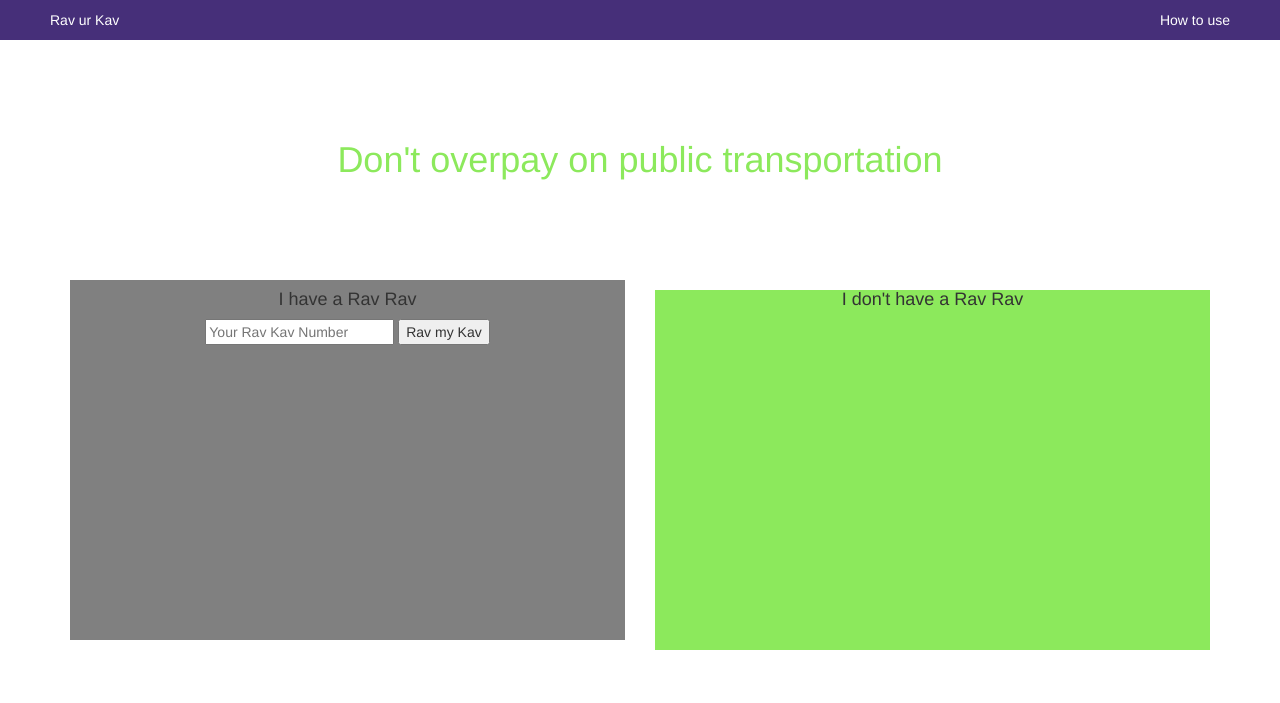
Repository: Louhla/Rav-ur-Kav
Page: index.html
The author's editor kept a copy of each file at every save. The page is drawn from the files as they stood at one save, then again after a run of saves.
The browser window is 1280 px wide. The pictures show the whole page.

Above is the page before, as saved 2019-07-17 14:29:30.

After the next 2 saves:
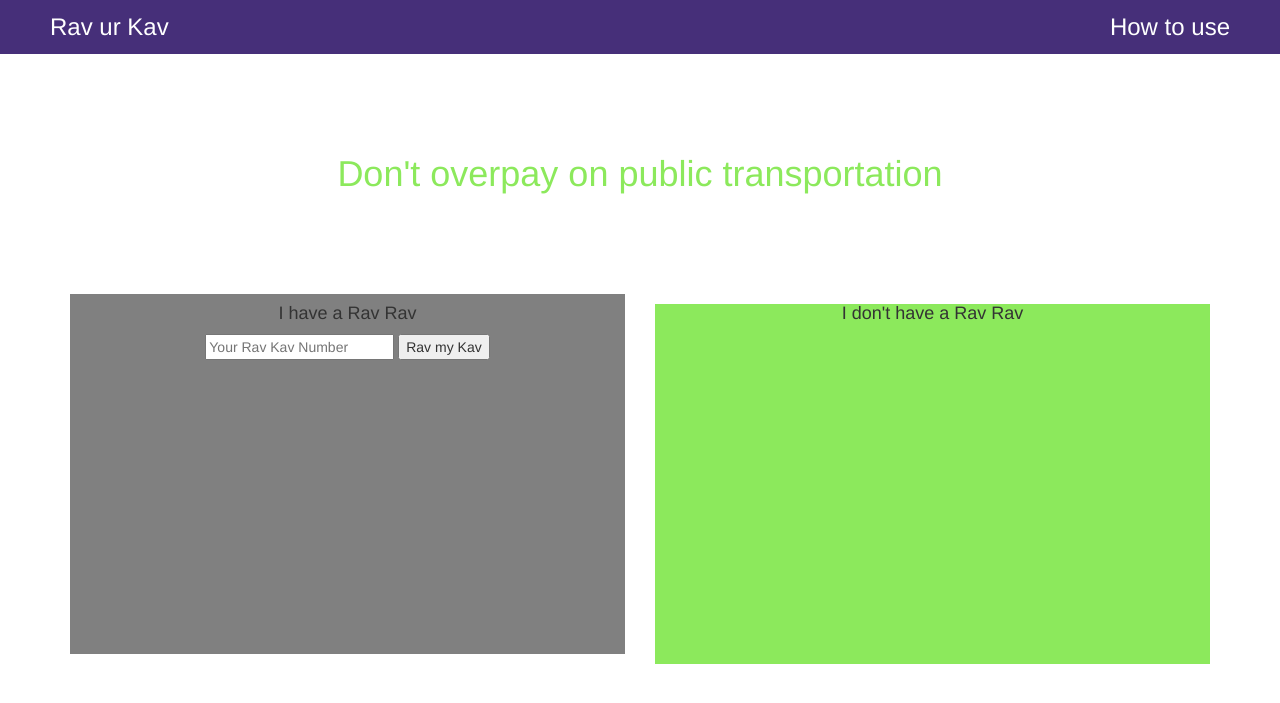
The 2 saves are shown as one change because they came seconds apart.
The last was saved 20 s later.
--- a/css/rav-ur-kav.css
+++ b/css/rav-ur-kav.css
@@ -9,6 +9,7 @@ heading{
     box-shadow: 5px;
     background-color: #462F79;
     color: white;
+    font-size: 24px;
 }
 .logo{
     margin: 10px 0px 10px 50px;
